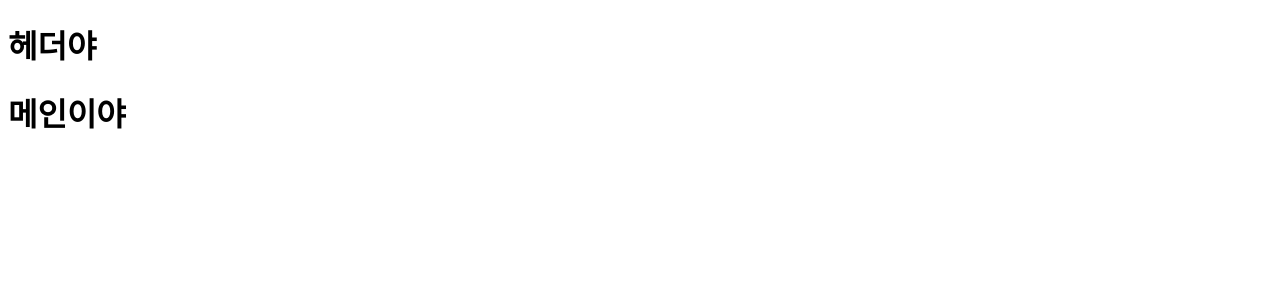
Repository: pyeonm30/PYMjspWorkspace
Page: http://localhost/basicJSP/07_member_login2/index.jsp
These files come from the project's save history. The page is drawn as it stood at one moment and after the next save; the edit follows.
The browser window is 1280 px wide. The pictures show the whole page.
The page is served by Tomcat 9. Other server files are loaded and not shown.

Above is the page before, as saved 2024-01-31 03:31:12.

### basicJSP/src/main/webapp/07_member_login2/index.jsp
<%@ page language="java" contentType="text/html; charset=UTF-8"
    pageEncoding="UTF-8"%>
<%@ include file="./header.jsp" %>
<!DOCTYPE html>
<html>
<head>
<meta charset="UTF-8">
<title>Insert title here</title>
</head>
<body>
 <h1> 메인이야 </h1>
</body>
</html>

### basicJSP/src/main/webapp/07_member_login2/header.jsp
<%@ page language="java" contentType="text/html; charset=UTF-8"
    pageEncoding="UTF-8"%>
<!DOCTYPE html>
<html>
<head>
<meta charset="UTF-8">
<title>Insert title here</title>
</head>
<body>
 <h1> 헤더야 </h1>
</body>
</html>

### basicJSP/src/main/webapp/07_member_login2/footer.jsp
<%@ page language="java" contentType="text/html; charset=UTF-8"
    pageEncoding="UTF-8"%>
<!DOCTYPE html>
<html>
<head>
<meta charset="UTF-8">
<title>Insert title here</title>
</head>
<body>
 <h1> 풋터야 </h1>
</body>
</html>

After the next save:
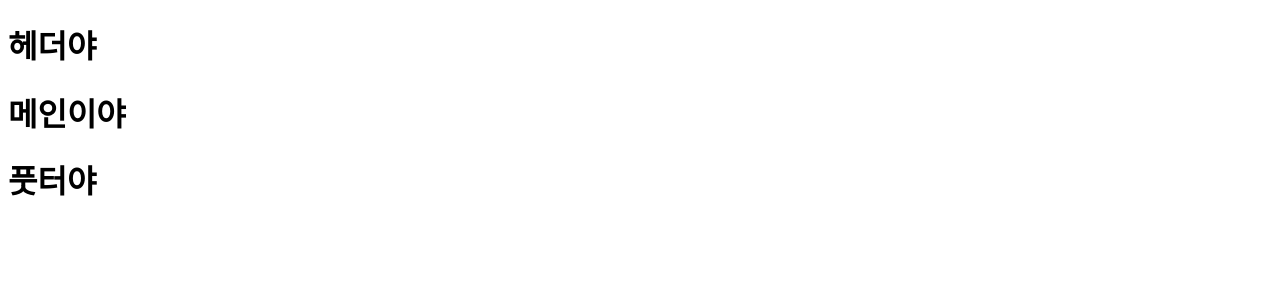
Saved 10 s later.
--- a/basicJSP/src/main/webapp/07_member_login2/index.jsp
+++ b/basicJSP/src/main/webapp/07_member_login2/index.jsp
@@ -11,3 +11,4 @@
  <h1> 메인이야 </h1>
 </body>
 </html>
+<%@ include file="./footer.jsp" %>
